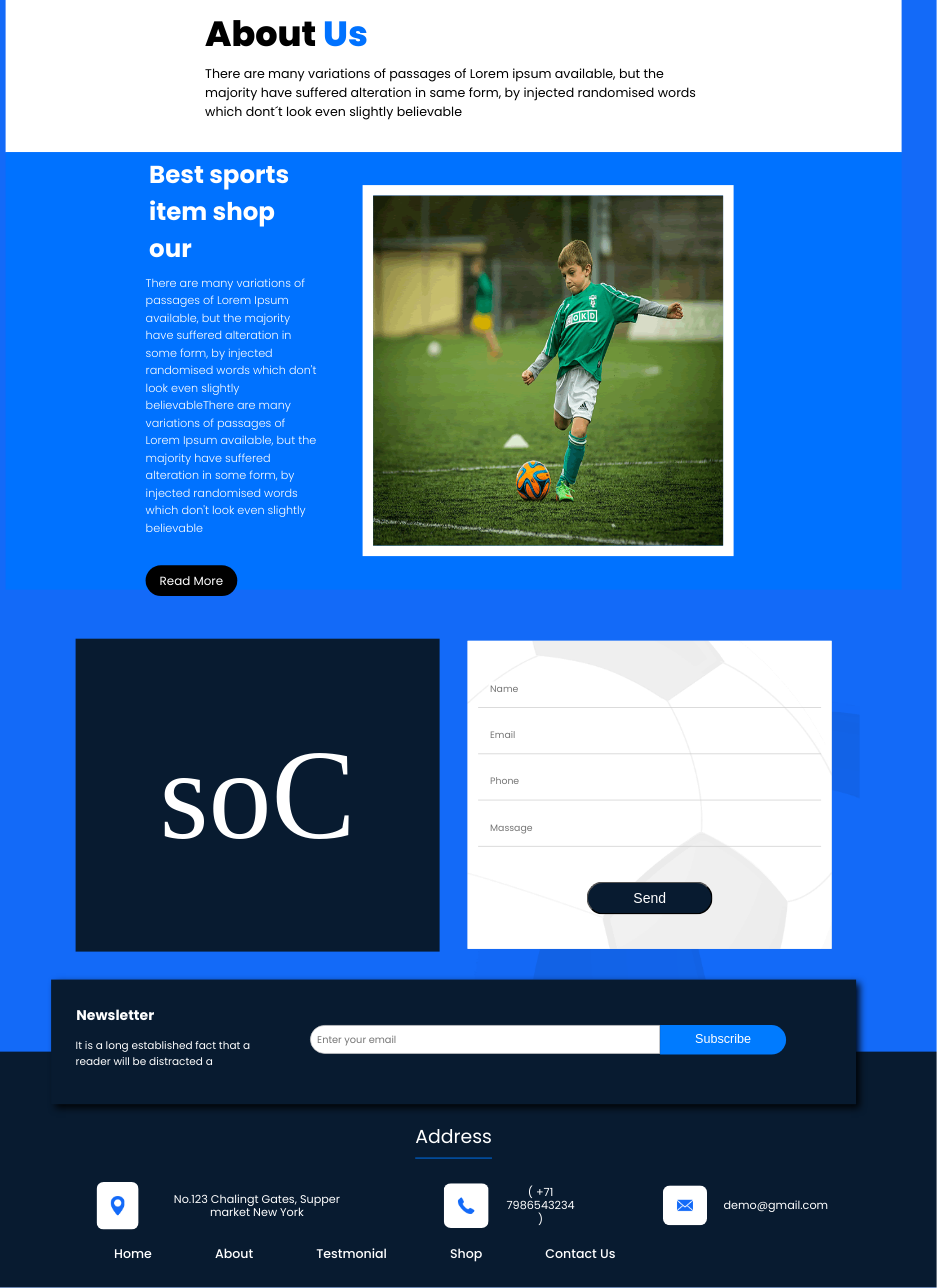
Repository: Vinicius9922/Projeto-Web
Page: index.html
The author's editor kept a copy of each file at every save. The page is drawn from the files as they stood at one save, then again after the next save.
The browser window is 1280 px wide. The page is 1338 px wide, so the pictures cover 1338 px, including what lies to the right of the window. The pictures show the part of the page from y = 1908 to 3748 px (the page is 3748 px tall), at 70% of full size.

Above is the page before, as saved 2024-12-13 19:44:23.

After the next save:
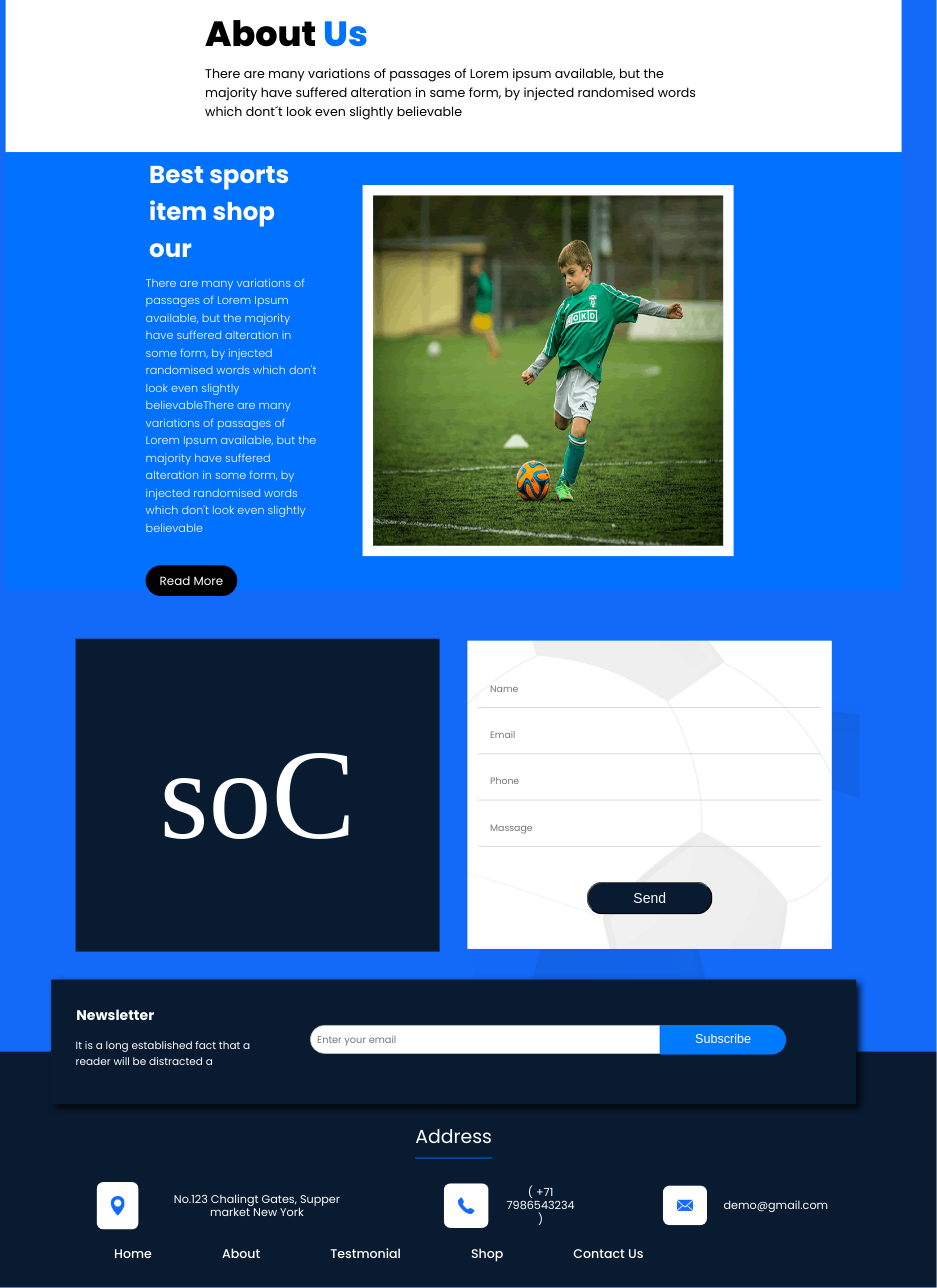
Saved 88 s later.
--- a/index.css
+++ b/index.css
@@ -457,7 +457,7 @@
 }
 
 .menu_text ul{
-    gap:90px;
+    gap:100px;
     margin:none;
     text-align: center;
     padding:0px 50px 0px 50px;
